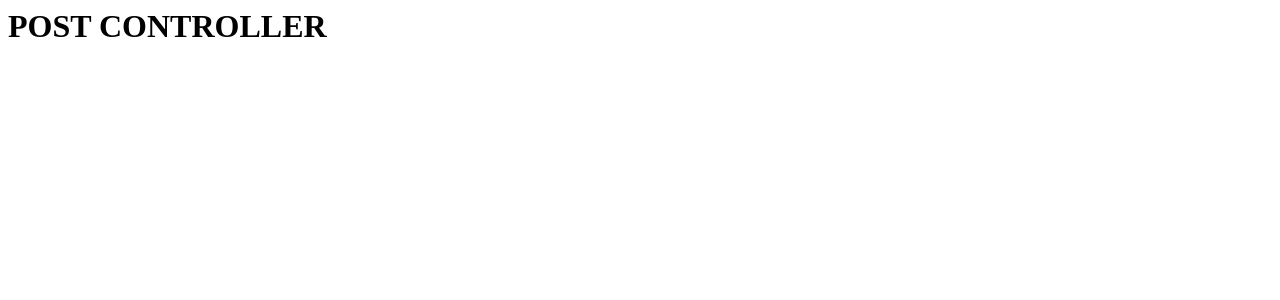
Repository: sherali4/stat
Page: http://localhost/stat/views/post/test.php
An editor plug-in stored every save of this project. The page is shown before and after the next save, followed by the edit.
The browser window is 1280 px wide. The pictures show the whole page.
The page is run by PHP 8.4 with error messages shown; the project is at /var/www/html/.

Above is the page before, as saved 2021-09-02 22:06:20.

After the next save:
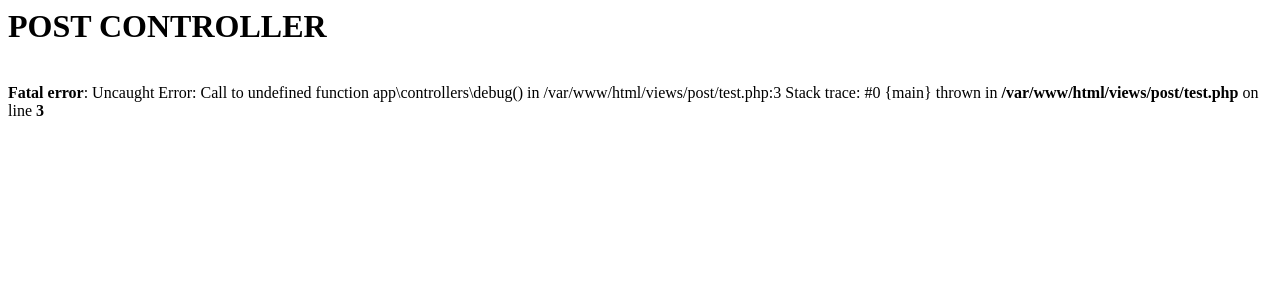
Saved 75 s later.
--- a/views/post/test.php
+++ b/views/post/test.php
@@ -1 +1,4 @@
 <h1>POST CONTROLLER</h1>
+<?php
+\app\controllers\debug(Yii::$app);
+?>
